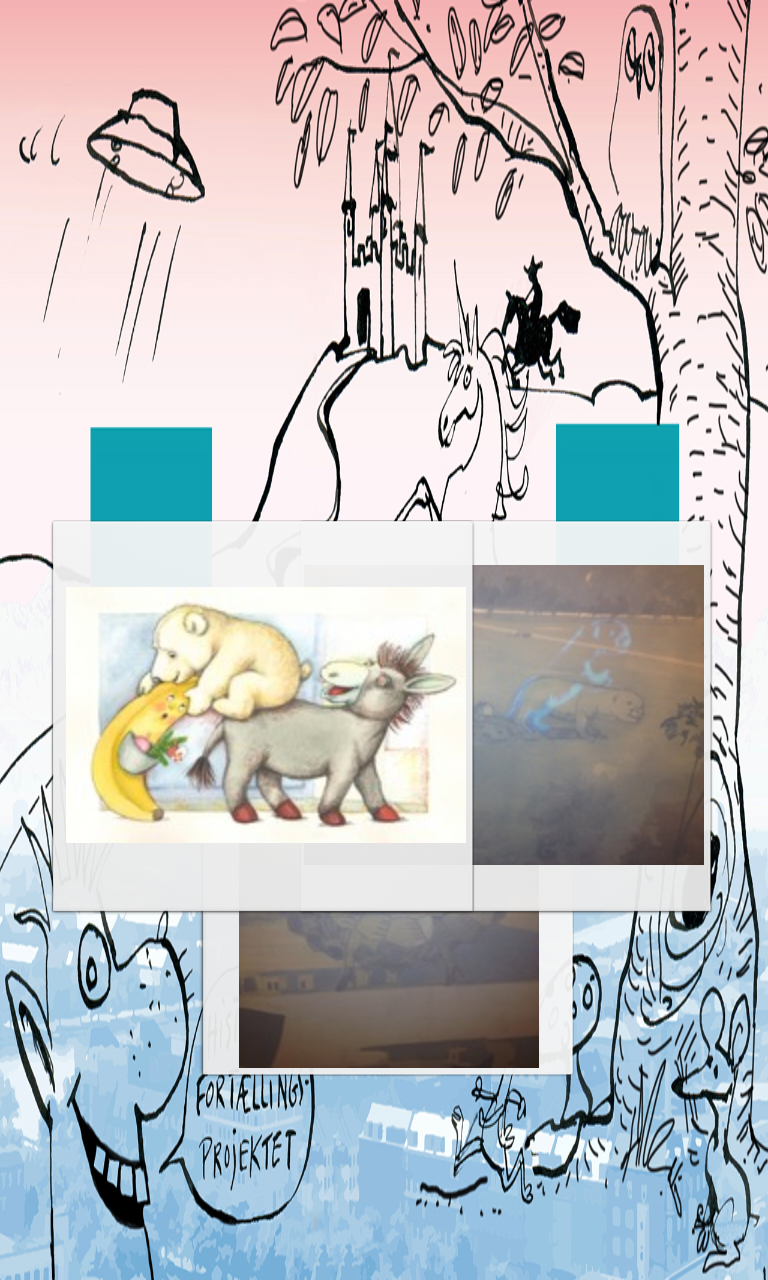
Repository: DreadMuffin/work
Layout: tablets/Historie/res/layout/activity_historie.xml
An editor plug-in stored every save of this project. The layout is shown before and after the next save, followed by the edit.
It is drawn on a 768 x 1280 px phone screen (xhdpi) without system bars, with theme android:Theme.NoTitleBar; the app's code is not run.

Above is the layout before, as saved 2015-02-26 05:22:44.

### tablets/Historie/res/layout/activity_historie.xml
<RelativeLayout xmlns:android="http://schemas.android.com/apk/res/android"
    xmlns:tools="http://schemas.android.com/tools"
    android:layout_width="match_parent"
    android:layout_height="match_parent"
    android:background="@drawable/wphis"
    tools:context=".Historie" >


    <Button
        android:id="@+id/button_1"
        style="?android:attr/buttonStyleSmall"
        android:layout_width="240dp"
        android:layout_height="190dp"
        android:layout_alignParentBottom="true"
        android:layout_centerHorizontal="true"
        android:layout_marginBottom="125dp"
        android:rotation="90"
        android:drawableRight="@drawable/elvira200" />

    <Button
        android:id="@+id/button_2"
        style="?android:attr/buttonStyleSmall"
        android:layout_width="210dp"
        android:layout_height="200dp"
        android:layout_alignParentLeft="true"
        android:layout_alignParentTop="true"
        android:layout_marginLeft="148dp"
        android:layout_marginTop="260dp"
        android:drawableRight="@drawable/odder200" />

    <Button
        android:id="@+id/button_3"
        style="?android:attr/buttonStyleSmall"
        android:layout_width="215dp"
        android:layout_height="200dp"
        android:layout_alignParentRight="true"
        android:layout_alignParentTop="true"
        android:layout_marginRight="145dp"
        android:layout_marginTop="260dp"
        android:drawableRight="@drawable/bjorni200" />

</RelativeLayout>

After the next save:
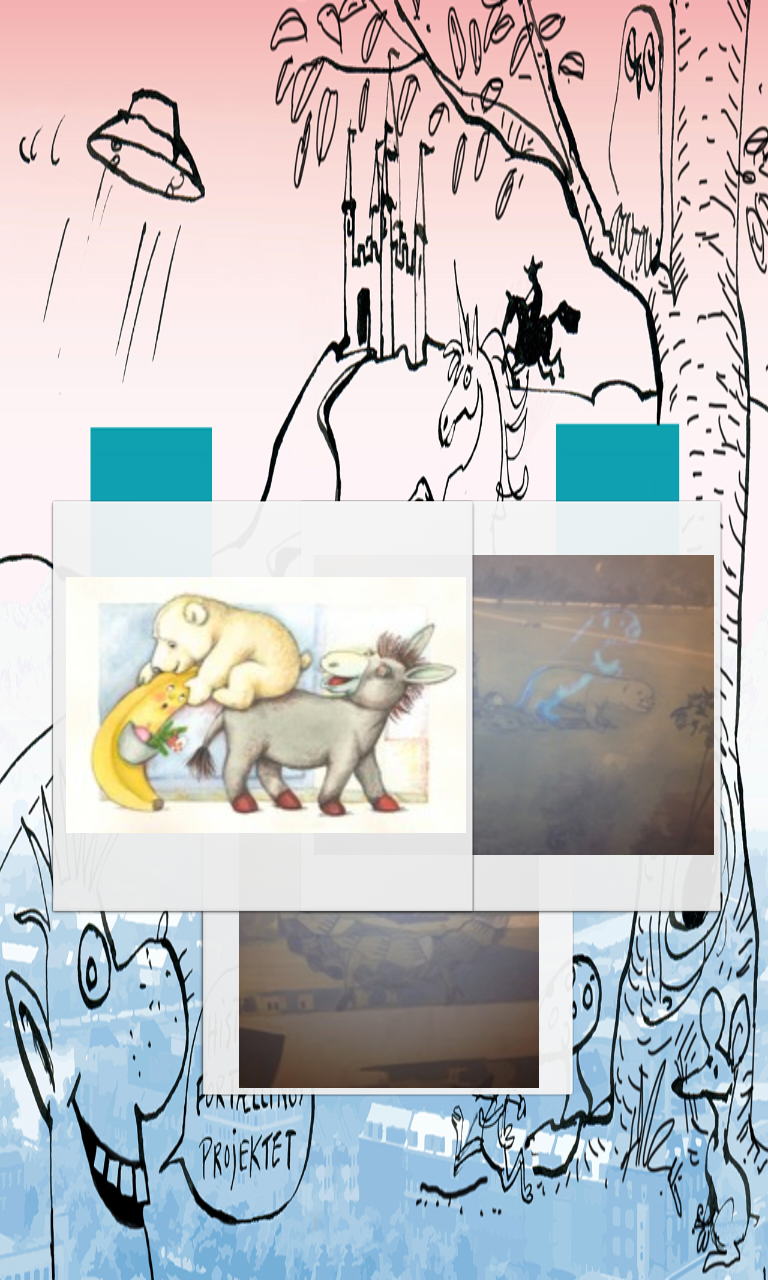
Saved 73 s later.
--- a/tablets/Historie/res/layout/activity_historie.xml
+++ b/tablets/Historie/res/layout/activity_historie.xml
@@ -9,7 +9,7 @@
     <Button
         android:id="@+id/button_1"
         style="?android:attr/buttonStyleSmall"
-        android:layout_width="240dp"
+        android:layout_width="260dp"
         android:layout_height="190dp"
         android:layout_alignParentBottom="true"
         android:layout_centerHorizontal="true"
@@ -20,23 +20,23 @@
     <Button
         android:id="@+id/button_2"
         style="?android:attr/buttonStyleSmall"
-        android:layout_width="210dp"
-        android:layout_height="200dp"
+        android:layout_width="215dp"
+        android:layout_height="210dp"
         android:layout_alignParentLeft="true"
         android:layout_alignParentTop="true"
         android:layout_marginLeft="148dp"
-        android:layout_marginTop="260dp"
+        android:layout_marginTop="250dp"
         android:drawableRight="@drawable/odder200" />
 
     <Button
         android:id="@+id/button_3"
         style="?android:attr/buttonStyleSmall"
         android:layout_width="215dp"
-        android:layout_height="200dp"
+        android:layout_height="210dp"
         android:layout_alignParentRight="true"
         android:layout_alignParentTop="true"
         android:layout_marginRight="145dp"
-        android:layout_marginTop="260dp"
+        android:layout_marginTop="250dp"
         android:drawableRight="@drawable/bjorni200" />
 
 </RelativeLayout>
